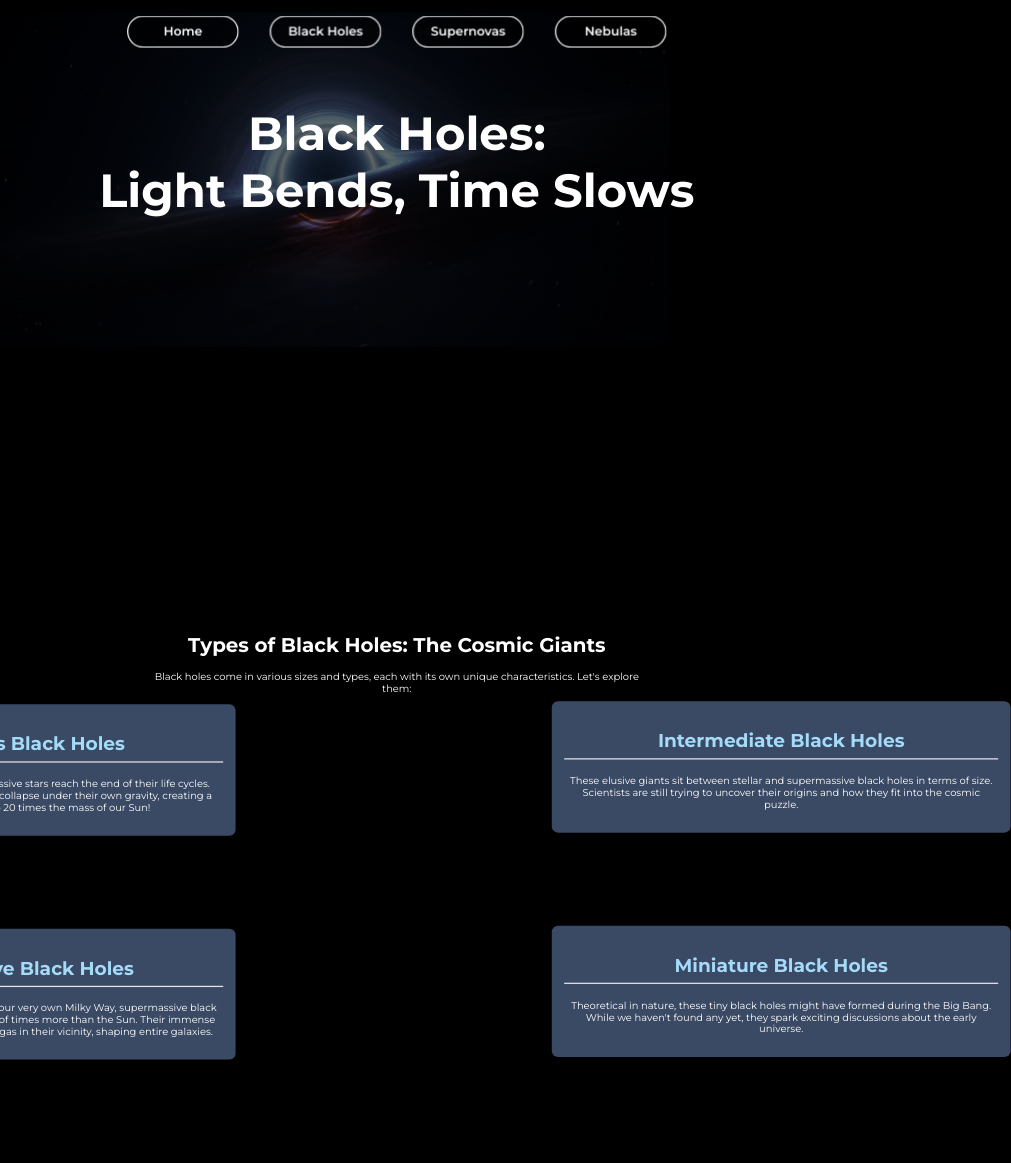
Repository: english-only/Space-Website
Page: black_hole.html
These files come from the project's save history. The page is drawn as it stood at one moment and after the next save; the edit follows.
The browser window is 1280 px wide. The page is 1630 px wide, so the pictures cover 1630 px, including what lies to the right of the window. The pictures show the whole page, at 62% of full size.
Backgrounds fixed to the window are drawn as part of the page.

Above is the page before, as saved 2024-12-18 23:43:30.

After the next save:
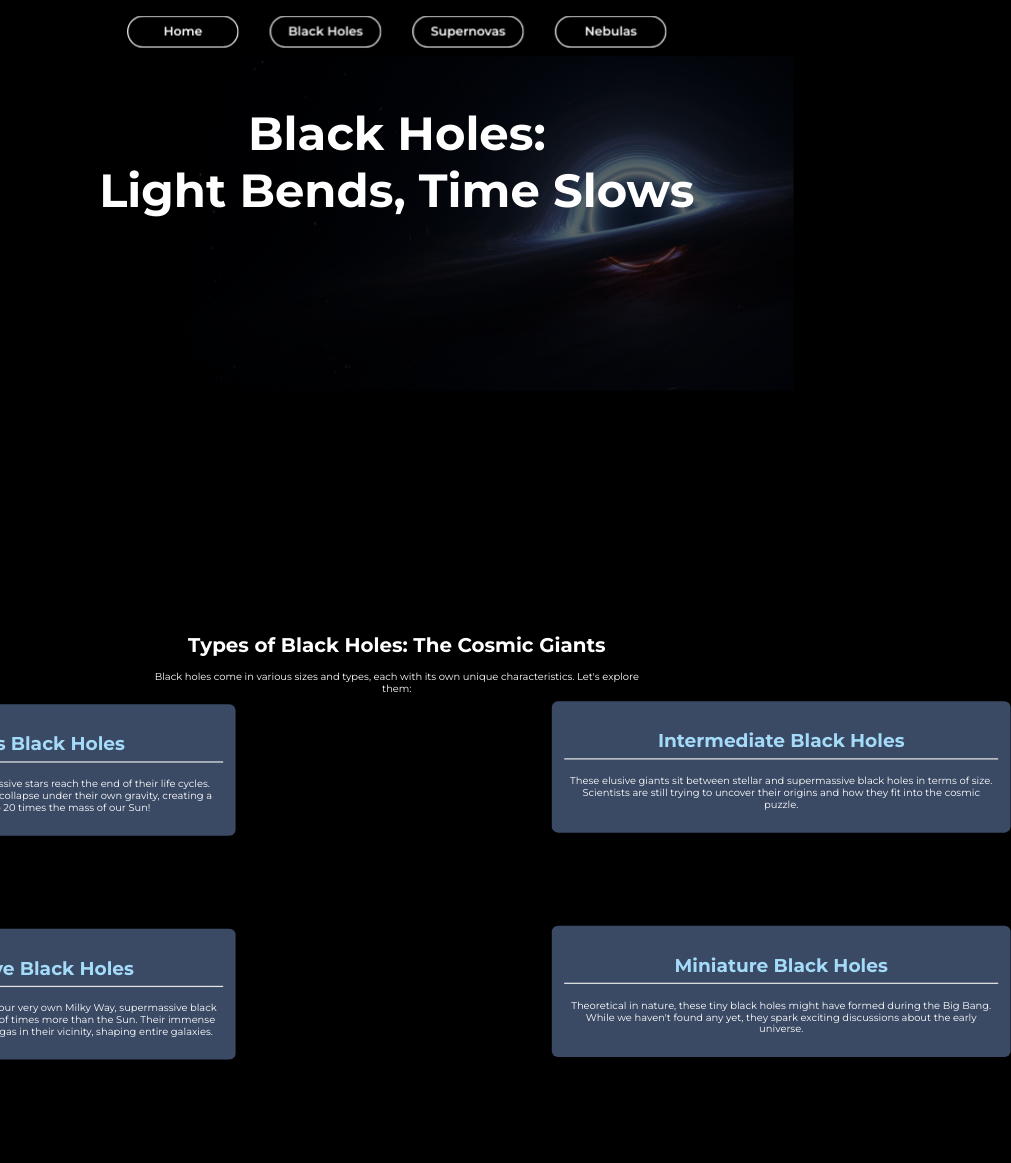
Console error: SyntaxError: Identifier 'background' has already been declared
Saved 37 s later.
--- a/black_hole.html
+++ b/black_hole.html
@@ -89,20 +89,28 @@
       let radius = 200; // Adjust this value to change the size of the circular motion
       let isAtTop = true;
 
+      const background = document.querySelector('.background-2');
+      let angle = 0;
+      const radiusX = 200; // Horizontal radius
+      const radiusY = 100; // Vertical radius
+      let isAtTop = true;
+
       function moveBackground() {
         if (isAtTop) {
-          // Calculate new position
-          let x = Math.cos(angle) * radius;
-          let y = Math.sin(angle) * radius;
+          // Calculate new position based on angle
+          const x = Math.cos(angle) * radiusX; // X position based on cosine
+          const y = Math.sin(angle) * radiusY; // Y position based on sine
 
           // Apply the new position (starting from right side)
-          background.style.backgroundPosition = `calc(100% + ${x}px) ${y}px`;
+          background.style.backgroundPosition = `calc(100% + ${x}px) ${
+            50 + y
+          }px`; // Center vertically
 
-          // Increment angle (negative for clockwise motion)
-          angle -= 0.01; // Adjust this value to change speed
+          // Increment angle for next frame
+          angle += 0.05; // Adjust this value to change speed
 
-          // Reset angle after a full circle
-          if (angle <= -2 * Math.PI) {
+          // Reset angle after a full circle (optional)
+          if (angle >= 2 * Math.PI) {
             angle = 0;
           }
         }
@@ -110,7 +118,7 @@
         requestAnimationFrame(moveBackground);
       }
 
-      // Check scroll position
+      // Check scroll position to stop movement
       window.addEventListener('scroll', () => {
         isAtTop = window.scrollY === 0;
       });

After the save that followed:
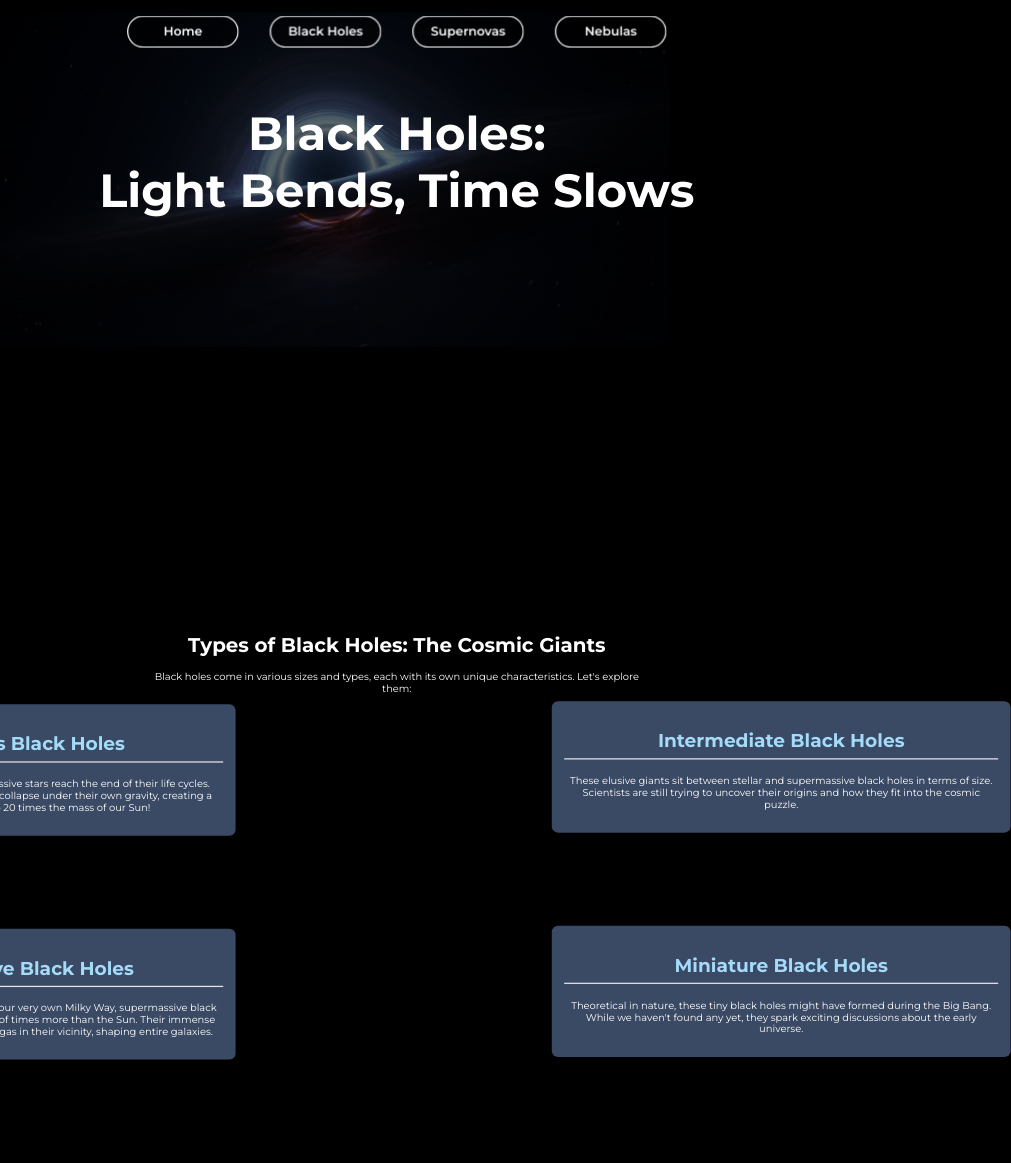
The error is gone.
Saved 10 s later.
--- a/black_hole.html
+++ b/black_hole.html
@@ -89,28 +89,20 @@
       let radius = 200; // Adjust this value to change the size of the circular motion
       let isAtTop = true;
 
-      const background = document.querySelector('.background-2');
-      let angle = 0;
-      const radiusX = 200; // Horizontal radius
-      const radiusY = 100; // Vertical radius
-      let isAtTop = true;
-
       function moveBackground() {
         if (isAtTop) {
-          // Calculate new position based on angle
-          const x = Math.cos(angle) * radiusX; // X position based on cosine
-          const y = Math.sin(angle) * radiusY; // Y position based on sine
+          // Calculate new position
+          let x = Math.cos(angle) * radius;
+          let y = Math.sin(angle) * radius;
 
           // Apply the new position (starting from right side)
-          background.style.backgroundPosition = `calc(100% + ${x}px) ${
-            50 + y
-          }px`; // Center vertically
+          background.style.backgroundPosition = `calc(100% + ${x}px) ${y}px`;
 
-          // Increment angle for next frame
-          angle += 0.05; // Adjust this value to change speed
+          // Increment angle (negative for clockwise motion)
+          angle -= 0.01; // Adjust this value to change speed
 
-          // Reset angle after a full circle (optional)
-          if (angle >= 2 * Math.PI) {
+          // Reset angle after a full circle
+          if (angle <= -2 * Math.PI) {
             angle = 0;
           }
         }
@@ -118,7 +110,7 @@
         requestAnimationFrame(moveBackground);
       }
 
-      // Check scroll position to stop movement
+      // Check scroll position
       window.addEventListener('scroll', () => {
         isAtTop = window.scrollY === 0;
       });
